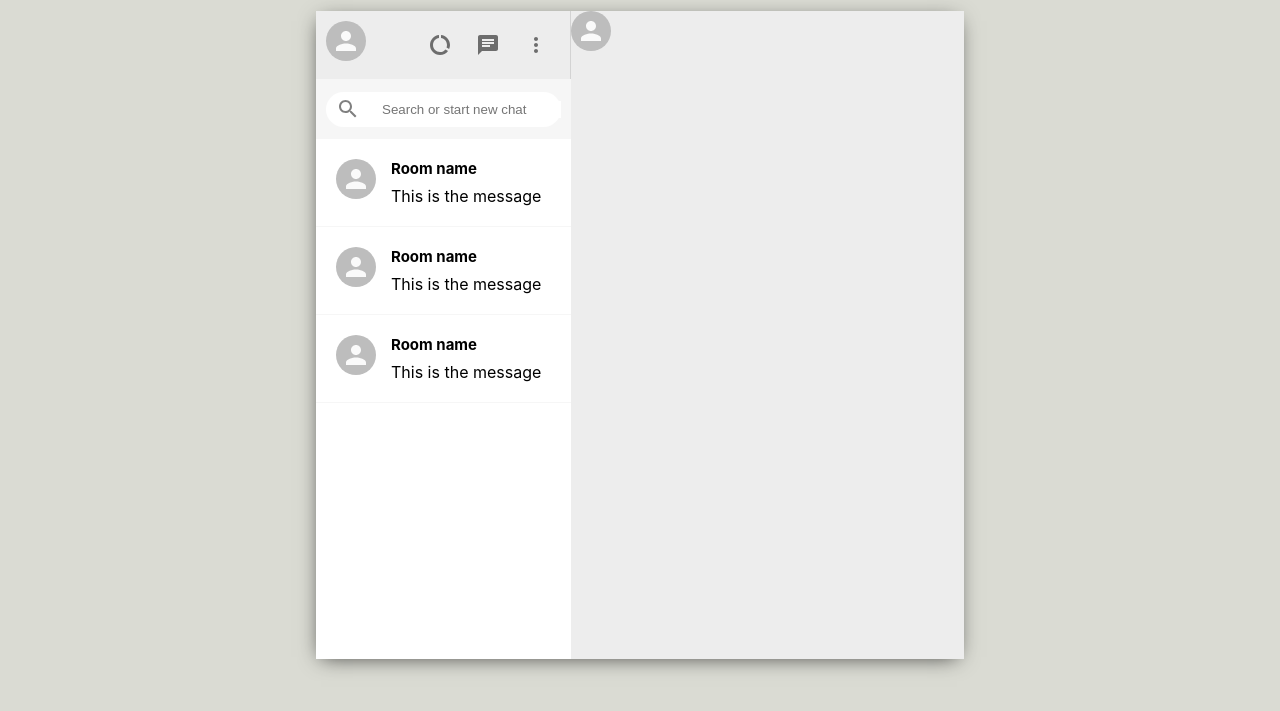
Repository: SayedJamil/WhatsappClone
Page: /
An editor plug-in stored every save of this project. The page is shown before and after a run of saves, followed by the edit.
The browser window is 1280 px wide. The pictures show the whole page.
The project was rebuilt for these pictures with package versions that can differ from the ones it lists, and the page was loaded fresh each time.

Above is the page before, as saved 2021-06-23 12:06:17.

### src/App.js
import React from 'react';
import './App.css';
import Sidebar from './Sidebar';
import Chat from './Chat'
function App() {
  return (
    <div className="app">
      <div className="app_body">
        <Sidebar />
        <Chat />
      </div>

    </div>
  );
}

export default App;

### src/App.css
* {
  margin: 0;
  bottom: 0;
}

.app {
  display: grid;
  place-items: center;
  height: 100vh;
  background-color: #dadbd3;
}

.app_body {
  display: flex;
  background-color: #ededed;
  margin-top: -50px;
  height: 90vh;
  width: 90vh;
  box-shadow: -1px 4px 20px -6px rgba(0, 0, 0, 0.75);
}

### src/Sidebar.js
import React from 'react'
import './Sidebar.css'
import DataUsageIcon from '@material-ui/icons/DataUsage';
import ChatIcon from '@material-ui/icons/Chat';
import { IconButton, Avatar } from '@material-ui/core';
import MoreVertIcon from '@material-ui/icons/MoreVert';
import { SearchOutlined } from '@material-ui/icons';
import SidebarChat from './SidebarChat';
function Sidebar() {
    return (
        <div className="sidebar">
            <div className="sidebar_header">
                <Avatar />
                <div className="siderbar_headrright">
                    <IconButton>
                        <DataUsageIcon />
                    </IconButton>
                    <IconButton>
                        <ChatIcon />
                    </IconButton>
                    <IconButton>
                        <MoreVertIcon />
                    </IconButton>
                </div>
            </div>
            <div className="sidebar_search">
                <div className="search_container">
                    <SearchOutlined />
                    <input type="text" placeholder="Search or start new chat" />
                </div>
            </div>
            <div className="sidebar_chats">
                <SidebarChat />
                <SidebarChat />
                <SidebarChat />

            </div>
        </div>
    )
}

export default Sidebar

### src/Chat.js
import React from 'react'
import './Chat.css'
import { IconButton, Avatar } from '@material-ui/core';
function Chat() {
    return (
        <div className="chat">
            <div className="chat_header">
                <Avatar />
            </div>
            <div className="chat_info">

            </div>
        </div>
    )
}

export default Chat

### src/Sidebar.css
.sidebar {
  display: flex;
  flex-direction: column;
  flex: 0.35;
}
.sidebar_header {
  display: flex;
  justify-content: space-between;
  padding: 10px;
  border-right: 1px solid lightgray;
}

.sidebar_headerright {
  min-width: 10vw;
  display: flex;
  align-items: center;
  justify-content: center;
}


.sidebar_headerright > .MuiSvgIcon-root {
  margin-right: 2vw;
  font-size: 24px !important;
}

.sidebar_search {
  display: flex;
  align-items: center;
  background-color: #f6f6f6;
  height: 40px;
  padding: 10px;
}
.search_container {
  display: flex;
  align-items: center;
  background-color: #fff;
  height: 35px;
  width: 100%;

  border-radius: 20px;
}

.search_container > .MuiSvgIcon-root {
  color: gray;
  padding: 10px;
}

.search_container > input {
  border: none;
  outline-width: 0;
  margin-left: 10px;
}


.sidebar_chats{
  flex:1;
  background-color: white;
  overflow: scroll;
}

### src/SidebarChat.js
import React from 'react'
import './SidebarChat.css'
import { Avatar } from '@material-ui/core'

function SidebarChat() {
    return (
        <div className="sidebarchat">
            <Avatar />
            <div className="sidebarchat_info">
                <h2>Room name</h2>
                <p>This is the message</p>
            </div>
        </div>
    )
}

export default SidebarChat

### src/Chat.css
.chat {
  display: flex;
  flex-direction: column;
  flex: 0.65;
}

### src/SidebarChat.css
.sidebarchat{
    display: flex;
    padding: 20px;
    cursor: pointer;
    border-bottom: 1px solid #f6f6f6;
}

.sidebarchat:hover{
 transform: scale(1.1);
 border-bottom: none;
 background-color: #ebebeb;
}

.sidebarchat_info>h2{
    font-size: 15px;
    margin-bottom: 8px;
}

.sidebarchat_info{
    margin-left: 15px;
}

Loaded but not shown: public/index.html (common file); src/index.js (common file); src/index.css (common file)

After the next 3 saves:
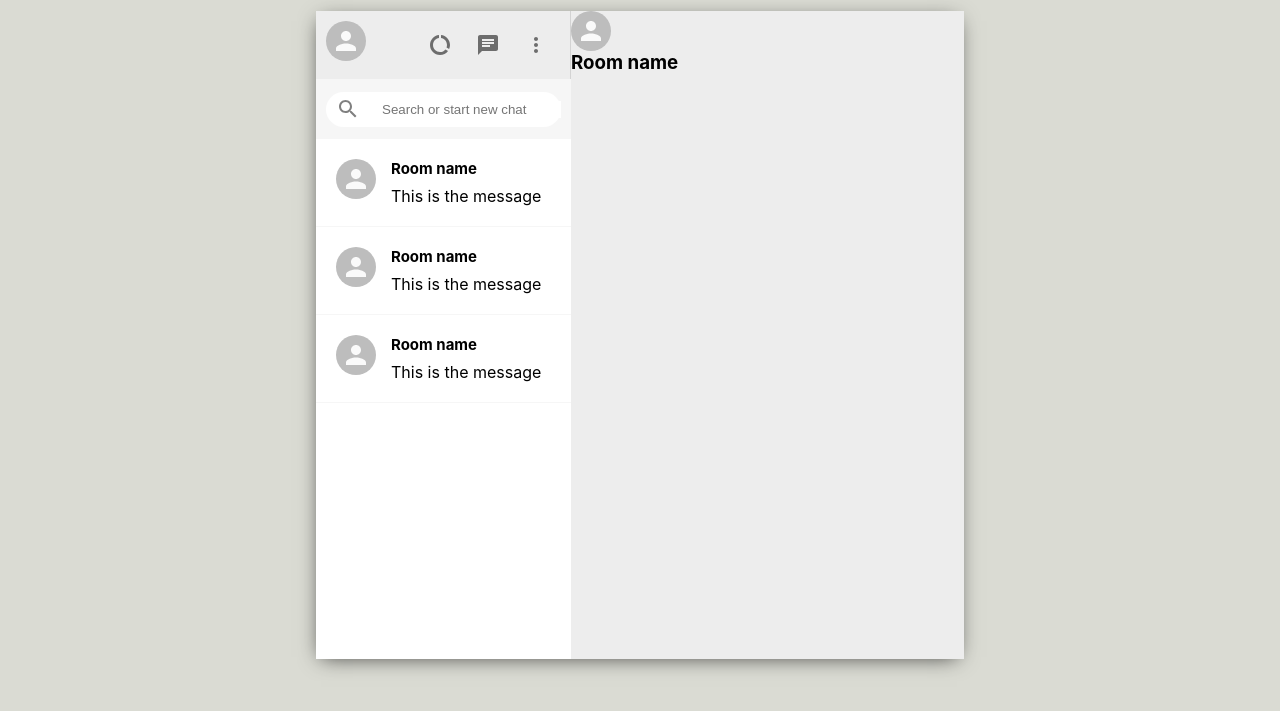
The 3 saves are shown as one change because they came seconds apart.
The last was saved 24 s later.
--- a/src/Chat.js
+++ b/src/Chat.js
@@ -8,7 +8,7 @@ function Chat() {
                 <Avatar />
             </div>
             <div className="chat_info">
-
+                <h3>Room name</h3>
             </div>
         </div>
     )
